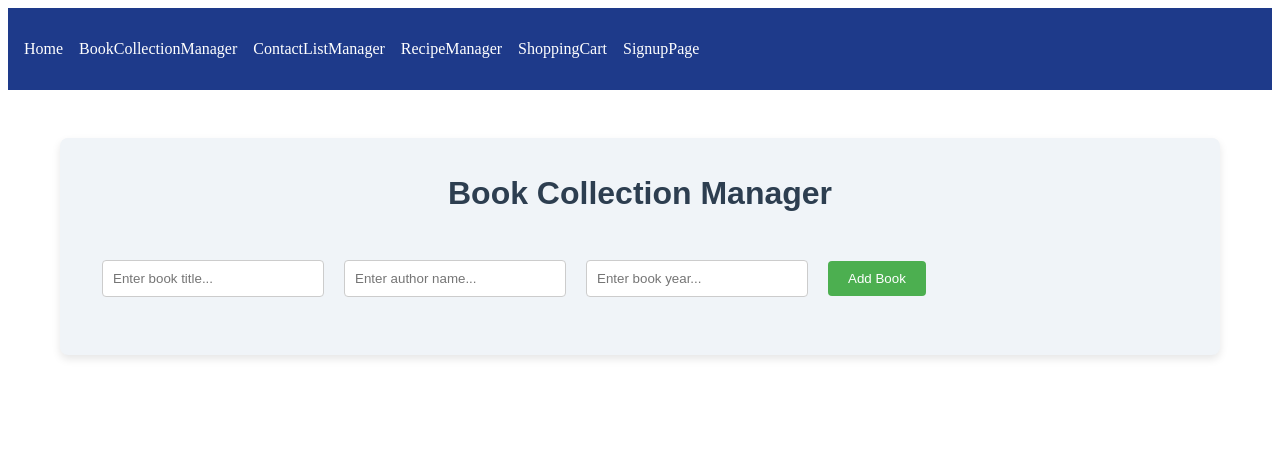
Repository: Miro193/cm1
Page: /#/books
These files come from the project's save history. The page is drawn as it stood at one moment and after a run of saves; the edit follows.
The browser window is 1280 px wide. The pictures show the whole page.
The project was rebuilt for these pictures with package versions that can differ from the ones it lists, and the page was loaded fresh each time. Also part of the build but not shown: vite.config.js, src/index.css, src/components/Home.jsx, src/components/NotFound.jsx, src/components/ContactListManager/ContactListManager.css, src/components/ContactListManager/ContactListManager.jsx, src/components/RecipeManager/RecipeManager.jsx, src/components/ShoppingCart/ShoppingCart.css and 3 more.

Above is the page before, as saved 2025-02-07 10:59:48.

After the next 2 saves:
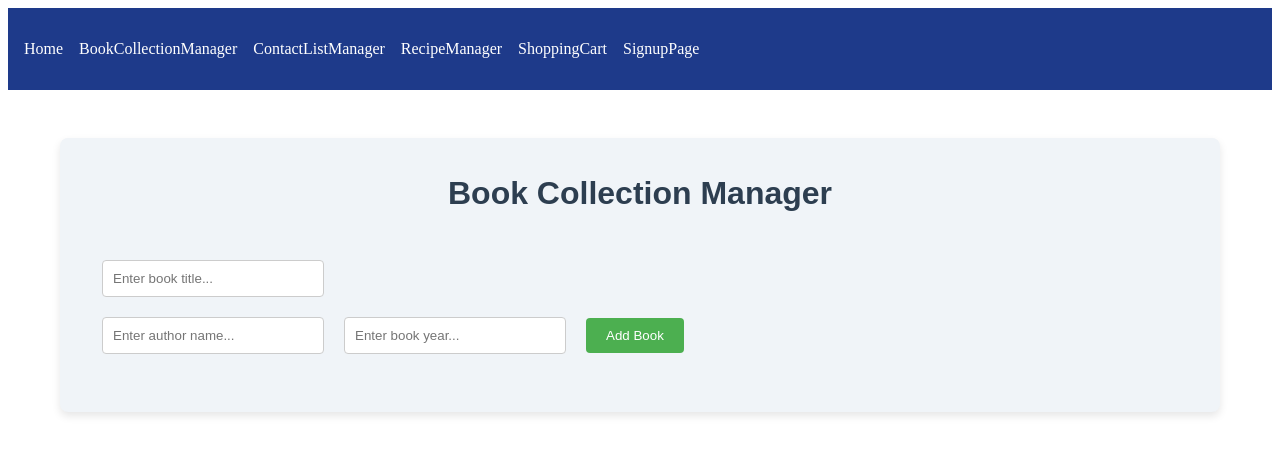
The 2 saves are shown as one change because they came seconds apart.
The last was saved 7 s later.
--- a/src/components/BookCollectionManager/BookCollectionManager.jsx
+++ b/src/components/BookCollectionManager/BookCollectionManager.jsx
@@ -45,7 +45,7 @@ function BookCollectionManager() {
           placeholder="Enter book title..."
           value={title}
           onChange={handleTitleChange}
-        />
+        /><br></br>
         <input
           type="text"
           placeholder="Enter author name..."
